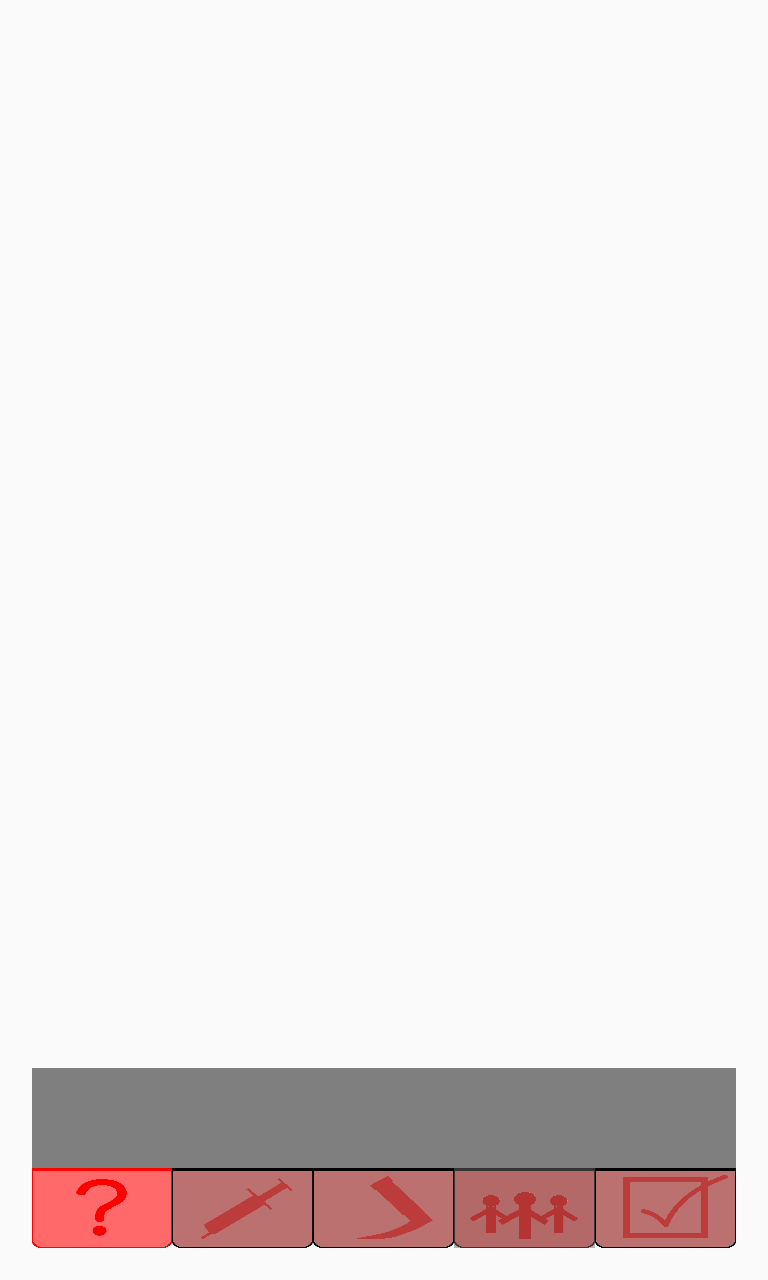
Repository: bentaylor42/RSIReady
Layout: RSIReady/res/layout/activity_rsinow.xml
The author's editor kept a copy of each file at every save. The layout is drawn from the files as they stood at one save, then again after the next save.
Pictures or frames that could not be fetched are drawn as grey boxes. It is drawn on a 768 x 1280 px phone screen (xhdpi) without system bars, with theme AppTheme; the app's code is not run.

Above is the layout before, as saved 2014-08-10 15:17:41.

After the next save:
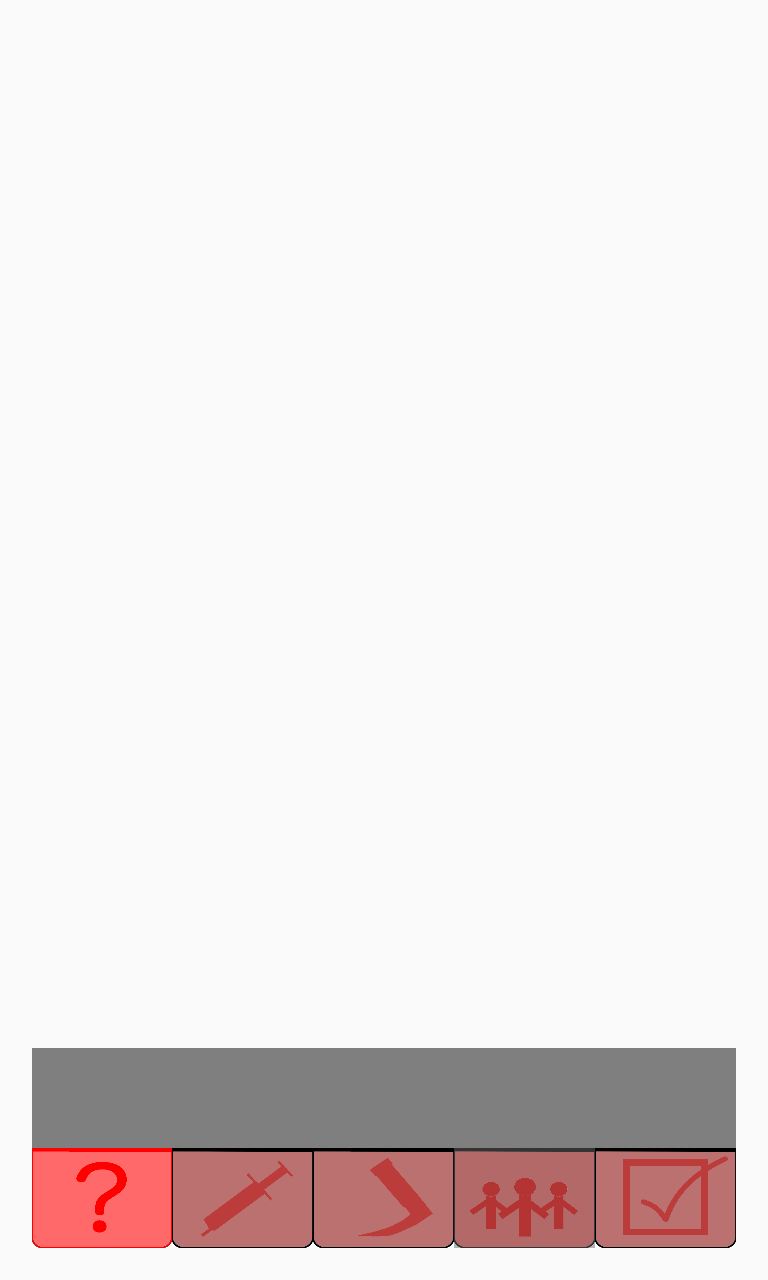
Saved 8 min 25 s later.
--- a/RSIReady/res/layout/activity_rsinow.xml
+++ b/RSIReady/res/layout/activity_rsinow.xml
@@ -20,7 +20,7 @@
     <LinearLayout
         android:id="@+id/tabRow"
         android:layout_width="match_parent"
-        android:layout_height="40dp"
+        android:layout_height="50dp"
         android:layout_alignParentBottom="true"
         android:orientation="horizontal" >
 
